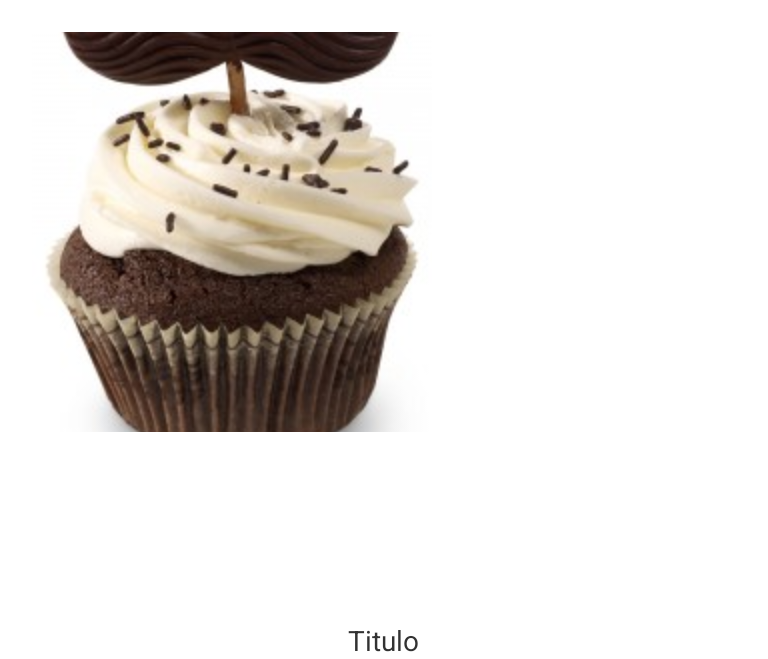
Repository: SebastianMurua/ChefBook
Layout: ChefBook/ChefBook/res/layout/activity_postres.xml
These files come from the project's save history. The layout is drawn as it stood at one moment and after the next save; the edit follows.
The pictures show rows 0 to 659 of an output 1280 px tall.
Pictures or frames that could not be fetched are drawn as grey boxes. It is drawn on a 768 x 1280 px phone screen (xhdpi) without system bars, with theme AppTheme; the app's code is not run.

Above is the layout before, as saved 2013-11-19 17:26:26.

After the next save:
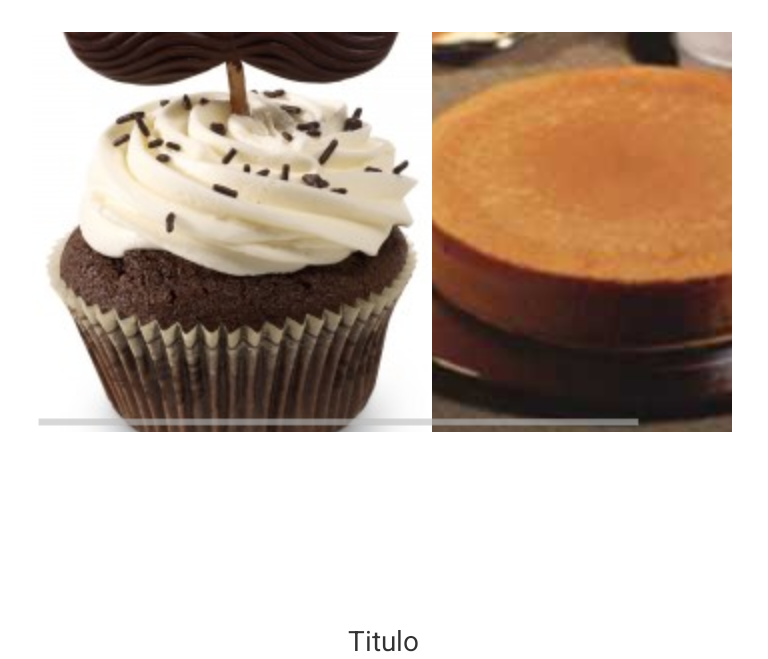
Saved 9 min 12 s later.
--- a/ChefBook/ChefBook/res/layout/activity_postres.xml
+++ b/ChefBook/ChefBook/res/layout/activity_postres.xml
@@ -24,6 +24,11 @@
             android:layout_width="200dp"
             android:layout_height="200dp"
             android:src="@drawable/cupcake"/>
+        <ImageButton
+            android:id="@+id/ivCake"
+            android:layout_width="200dp"
+            android:layout_height="200dp"
+            android:src="@drawable/cake"/>
 
 	</LinearLayout>
 	</HorizontalScrollView>
